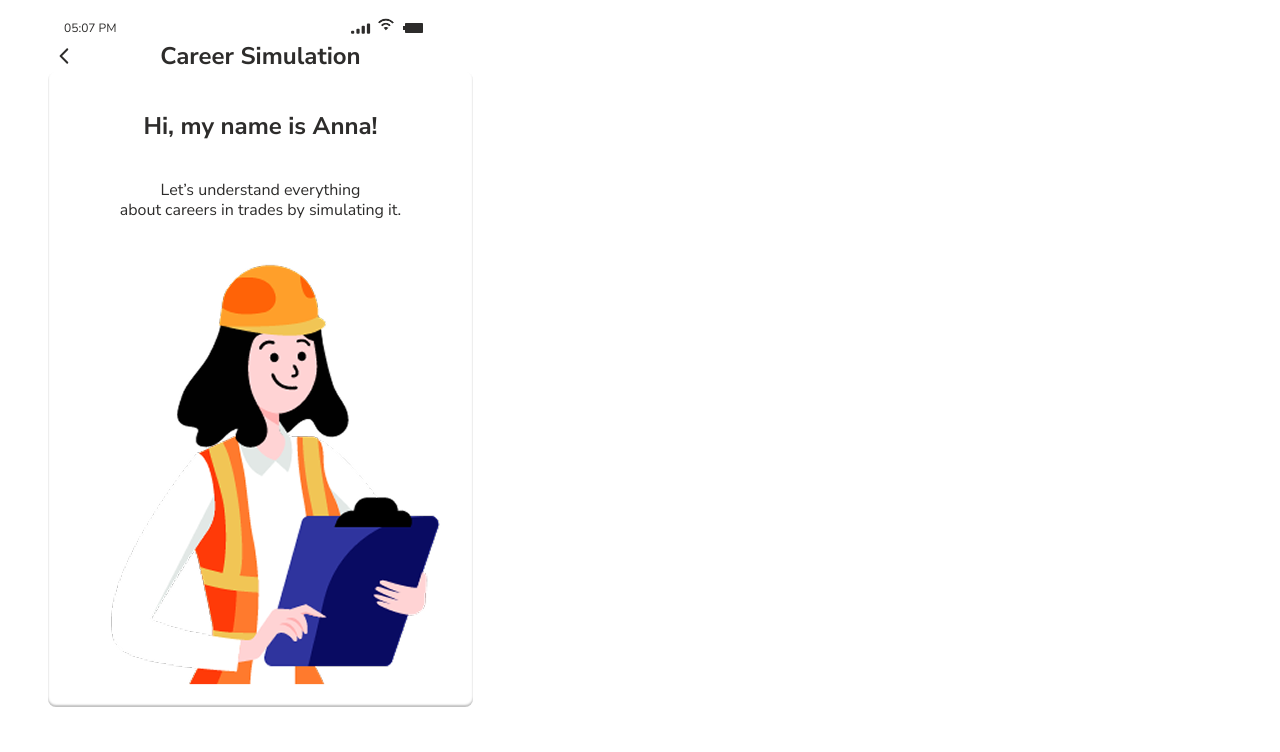
Repository: daniel-liu01/week10books
Page: /
The author's editor kept a copy of each file at every save. The page is drawn from the files as they stood at one save, then again after the next save.
The browser window is 1280 px wide. The pictures show the whole page.
The project was rebuilt for these pictures with package versions that can differ from the ones it lists, and the page was loaded fresh each time. Also part of the build but not shown: vite.config.js, vite.config.ts, src/App.css.

Above is the page before, as saved 2025-10-17 18:09:00.

### index.html
<!DOCTYPE html>
<html lang="en">
    <head>
        <meta charset="UTF-8" />
        <link
            rel="icon"
            type="image/svg+xml"
            href="/vite.svg" />
        <meta
            name="viewport"
            content="width=device-width, initial-scale=1.0" />
        <title>frontend</title>
        <link
            rel="preconnect"
            href="https://fonts.googleapis.com" />
        <link
            rel="preconnect"
            href="https://fonts.gstatic.com"
            crossorigin />
        <link
            href="https://fonts.googleapis.com/css2?family=Nunito+Sans:ital,opsz,wght@0,6..12,200..1000;1,6..12,200..1000&display=swap"
            rel="stylesheet" />
    </head>
    <body>
        <div id="root"></div>
        <script
            type="module"
            src="/src/main.jsx"></script>
    </body>
</html>

### src/index.css
/* ------------------------------------------------------ GENERAL STYLES ------------------------------------------------------ */
*,
*::before,
*::after {
    box-sizing: inherit;
}

html,
body {
    padding: 0;

    font-family: var(--font-family);
    box-sizing: border-box;
}

body {
    width: 393px;
    min-height: 100vh;
    margin: 16px;
    display: flex;
    padding: 0 var(--space-regular);
}

html {
    display: flex;
    align-items: flex-start;
    padding: 0 var(--space-regular);
}

/* ------------------------------------------------------ VARIABLES ------------------------------------------------------ */
:root {
    /* ----- COLORS ----- */
    --primary-50: #fff1e6;
    --primary-100: #ffd4b0;
    --primary-200: #ffbf8a;
    --primary-300: #ffa155;
    --primary-400: #ff8f34;
    --primary-500: #ff7301;
    --primary-600: #e86901;
    --primary-700: #b55201;
    --primary-800: #8c3f01;
    --primary-900: #6b3000;

    --secondary-50: #eefae6;
    --secondary-100: #cbefb1;
    --secondary-200: #b2e88b;
    --secondary-300: #8fdd55;
    --secondary-400: #79d635;
    --secondary-500: #58cc02;
    --secondary-600: #50ba02;
    --secondary-700: #3e9101;
    --secondary-800: #307001;
    --secondary-900: #255601;

    /* -- neutral colors -- */

    --offwhite-500: #f9f9f9;
    --white: #ffffff;
    --black-50: #eaeaea;
    --black-100: #bebebd;
    --black-200: #9e9e9d;
    --black-300: #727271;
    --black-400: #575655;
    --black-500: #2d2c2b;

    /* ----- TYPE ----- */
    --font-family: "Nunito Sans", sans-serif;

    --font-size-extra-large: 88px;
    --font-size-large: 30px;
    --font-size-extra-medium: 24px;
    --font-size-medium: 20px;
    --font-size-regular: 16px;
    --font-size-small: 12px;
    --font-size-extra-small: 10px;

    --font-style-normal: normal;
    --font-weight-bold: bold;

    --line-height-xxlarge: 100px;
    --line-height-large: 36px;
    --line-height-medium: 28px;
    --line-height-small: 20px;

    /* ----- SPACING ----- */
    --space-extra-small: 4px;
    --space-small: 8px;
    --space-regular: 16px;
    --space-medium: 32px;
    --space-large: 48px;
    --space-extra-large: 140px;

    /* ----- Inner shadow ----- */
    --inner-shadow: 0 -2px 2px 0 rgba(0, 0, 0, 0.25);
}

### src/App.jsx
import { useState } from "react";
import { BrowserRouter as Router, Routes, Route } from "react-router-dom";
import "./App.css";

import Simulation from "../app/Simulation/Simulation";

function App() {
    return (
        <div>
            <Simulation />
        </div>
    );
}

export default App;

### app/Simulation/Simulation.jsx
import styles from "./Simulation";
import StatusBar from "../../components/StatusBar/StatusBar";
import HeadingBar from "../../components/HeadingBar/HeadingBar";
import Card from "../../components/Card/Card";

function Simulation() {
    return (
        <div>
            <StatusBar />
            <HeadingBar />
            <Card
                image='Anna.png'
                title='Hi, my name is Anna!'
                description={
                    <>
                        Let’s understand everything <br />
                        about careers in trades by simulating it.
                    </>
                }
            />
        </div>
    );
}

export default Simulation;

### components/StatusBar/StatusBar.jsx
import styles from "./StatusBar.module.css";
import Hour from "../Hour/Hour";

const StatusBar = () => {
    return (
        <div className={styles.container}>
            <Hour />
            <div className={styles.right}>
                <svg
                    className={styles.icon}
                    width='20'
                    height='11'
                    viewBox='0 0 20 11'
                    fill='none'
                    xmlns='http://www.w3.org/2000/svg'>
                    <rect
                        x='15.8765'
                        y='0.600098'
                        width='3.23284'
                        height='10.2222'
                        rx='1.02778'
                    />
                    <rect
                        x='10.6338'
                        y='2.64453'
                        width='3.23284'
                        height='8.17778'
                        rx='1.02778'
                    />
                    <rect
                        x='5.3916'
                        y='5.71094'
                        width='3.23284'
                        height='5.11111'
                        rx='1.02778'
                    />
                    <rect
                        x='0.0327148'
                        y='7.75537'
                        width='3.23284'
                        height='3.06667'
                        rx='1.02778'
                    />
                </svg>

                <svg
                    className={styles.icon}
                    width='22'
                    height='20'
                    viewBox='0 0 22 20'
                    fill='none'
                    xmlns='http://www.w3.org/2000/svg'>
                    <mask
                        id='path-1-inside-1_2157_1042'
                        fill='white'>
                        <path d='M15.9006 7.3897C15.3805 6.57002 14.6486 5.88977 13.7741 5.41333C12.8995 4.93689 11.9113 4.68001 10.9029 4.66702C9.89445 4.65403 8.89922 4.88535 8.01135 5.33908C7.12349 5.79281 6.37237 6.45396 5.82907 7.25994L7.69376 8.391C8.03417 7.88601 8.50479 7.47176 9.06109 7.18747C9.6174 6.90317 10.241 6.75824 10.8728 6.76638C11.5046 6.77452 12.1238 6.93547 12.6718 7.23399C13.2197 7.53251 13.6783 7.95873 14.0042 8.47231L15.9006 7.3897Z' />
                    </mask>
                    <path
                        d='M15.9006 7.3897C15.3805 6.57002 14.6486 5.88977 13.7741 5.41333C12.8995 4.93689 11.9113 4.68001 10.9029 4.66702C9.89445 4.65403 8.89922 4.88535 8.01135 5.33908C7.12349 5.79281 6.37237 6.45396 5.82907 7.25994L7.69376 8.391C8.03417 7.88601 8.50479 7.47176 9.06109 7.18747C9.6174 6.90317 10.241 6.75824 10.8728 6.76638C11.5046 6.77452 12.1238 6.93547 12.6718 7.23399C13.2197 7.53251 13.6783 7.95873 14.0042 8.47231L15.9006 7.3897Z'
                        strokeWidth='4.11111'
                        mask='url(#path-1-inside-1_2157_1042)'
                    />
                    <mask
                        id='path-2-inside-2_2157_1042'
                        fill='white'>
                        <path d='M19.0832 4.55309C18.1524 3.34672 16.9405 2.3605 15.542 1.67127C14.1435 0.982029 12.5961 0.608389 11.0204 0.579456C9.4447 0.550522 7.88323 0.867077 6.45765 1.50446C5.03207 2.14184 3.78086 3.08283 2.80152 4.25413L4.5268 5.55219C5.29548 4.63284 6.27755 3.89425 7.39649 3.39397C8.51543 2.8937 9.74102 2.64523 10.9778 2.66794C12.2145 2.69065 13.4291 2.98392 14.5268 3.5249C15.6245 4.06588 16.5757 4.83997 17.3063 5.78684L19.0832 4.55309Z' />
                    </mask>
                    <path
                        d='M19.0832 4.55309C18.1524 3.34672 16.9405 2.3605 15.542 1.67127C14.1435 0.982029 12.5961 0.608389 11.0204 0.579456C9.4447 0.550522 7.88323 0.867077 6.45765 1.50446C5.03207 2.14184 3.78086 3.08283 2.80152 4.25413L4.5268 5.55219C5.29548 4.63284 6.27755 3.89425 7.39649 3.39397C8.51543 2.8937 9.74102 2.64523 10.9778 2.66794C12.2145 2.69065 13.4291 2.98392 14.5268 3.5249C15.6245 4.06588 16.5757 4.83997 17.3063 5.78684L19.0832 4.55309Z'
                        strokeWidth='4.11111'
                        mask='url(#path-2-inside-2_2157_1042)'
                    />
                    <path d='M13.5162 9.77759L10.8222 12.3331L8.66699 9.77759L9.23963 9.50599C10.2507 9.02643 11.4136 8.97977 12.4599 9.37676L13.5162 9.77759Z' />
                </svg>

                <svg
                    className={styles.icon}
                    width='24'
                    height='24'
                    viewBox='0 0 24 24'
                    fill='none'
                    xmlns='http://www.w3.org/2000/svg'>
                    <path d='M5 17C4.71667 17 4.47917 16.9042 4.2875 16.7125C4.09583 16.5208 4 16.2833 4 16V14H2V10H4V8C4 7.71667 4.09583 7.47917 4.2875 7.2875C4.47917 7.09583 4.71667 7 5 7H21C21.2833 7 21.5208 7.09583 21.7125 7.2875C21.9042 7.47917 22 7.71667 22 8V16C22 16.2833 21.9042 16.5208 21.7125 16.7125C21.5208 16.9042 21.2833 17 21 17H5Z' />
                </svg>
            </div>
        </div>
    );
};

export default StatusBar;

### components/HeadingBar/HeadingBar.jsx
import styles from "./HeadingBar.module.css";
import ArrowBack from "../ArrowBack/ArrowBack";

function HeadingBar() {
    return (
        <div className={styles.heading_container}>
            <ArrowBack />
            <h1 className={styles.heading_pageTitle}>Career Simulation</h1>
            <div className={styles.heading_placeholder}></div>
        </div>
    );
}

export default HeadingBar;

### components/Card/Card.jsx
import styles from "./Card.module.css";

function Card({ image, title, description }) {
    return (
        <div className={styles.container}>
            <div className={styles.content}>
                <h3 className={styles.title}>{title}</h3>
                <p className={styles.description}>{description}</p>
            </div>
            {image && (
                <div className={styles.image_wrapper}>
                    <img
                        src={image}
                        alt={title}
                        className={styles.image}
                    />
                </div>
            )}
        </div>
    );
}

export default Card;

### components/StatusBar/StatusBar.module.css
.container {
    display: flex;
    flex-direction: row;
    align-items: center;
    justify-content: space-between;
    width: 393px;
    padding: 0 var(--space-regular);
    margin: 0;
}

.right {
    display: flex;
    align-items: center;
    gap: var(--space-extra-small);
}

.icon {
    fill: var(--black-500);
}

### components/Hour/Hour.jsx
"use client";
import { useEffect, useState } from "react";
import styles from "./Hour.module.css";

const Hour = () => {
    const [currentTime, setCurrentTime] = useState(new Date());

    useEffect(() => {
        const timer = setInterval(() => {
            setCurrentTime(new Date());
        }, 1000);

        return () => clearInterval(timer);
    }, []);

    const formattedTime = currentTime.toLocaleTimeString("en-US", {
        hour: "2-digit",
        minute: "2-digit",
        hour12: true,
    });

    return <div className={styles.hour}>{formattedTime}</div>;
};

export default Hour;

### components/HeadingBar/HeadingBar.module.css
.heading_container {
    width: 100%;
    display: flex;
    align-items: center;
    justify-content: space-between;
    gap: var(--space-small);
    margin: 0;
    padding: 0;
}

.heading_pageTitle {
    font-weight: var(--font-weight-bold);
    font-size: var(--font-size-extra-medium);
    margin: 0;
    line-height: 1;
    color: var(--black-500);
}

.heading_placeholder {
    width: var(--space-medium);
    height: var(--space-medium);
    visibility: hidden;
}

### components/ArrowBack/ArrowBack.jsx
import styles from "./ArrowBack.module.css";

function ArrowBack() {
    return (
        <div className={styles.arrow_container}>
            <svg
                className={styles.arrow_icon}
                xmlns='http://www.w3.org/2000/svg'
                width='16'
                height='16'
                viewBox='0 0 12 20'
                fill='none'>
                <path
                    d='M10.7071 19.2929C10.3166 19.6834 9.68342 19.6834 9.29289 19.2929L0.707106 10.7071C0.316582 10.3166 0.316583 9.68342 0.707107 9.29289L9.29289 0.707106C9.68342 0.316582 10.3166 0.316582 10.7071 0.707107L11.0679 1.06789C11.4584 1.45842 11.4584 2.09158 11.0679 2.48211L3.55 10L11.0679 17.5179C11.4584 17.9084 11.4584 18.5416 11.0679 18.9321L10.7071 19.2929Z'
                    fill='currentColor'
                />
            </svg>
        </div>
    );
}

export default ArrowBack;

### components/Card/Card.module.css
.container {
    display: flex;
    padding: var(--space-regular);
    flex-direction: column;
    justify-content: space-between;
    align-items: center;
    flex: 1 0 0;
    align-self: stretch;
    border-radius: var(--space-small);
    background: var(--white);
    box-shadow: var(--inner-shadow) inset;
}

.content {
    display: flex;
    flex-direction: column;
    justify-content: space-between;
    align-items: center;
    flex: 1 0 0;
    align-self: stretch;
    font-family: var(--font-family);
    color: var(--black-500);
    text-align: center;
}

.title {
    font-size: var(--font-size-extra-medium);
    font-weight: var(--font-weight-bold);
    line-height: var(--line-height-medium);
}

.description {
    font-size: var(--font-size-regular);
    line-height: var(--line-height-small);
}

.image_wrapper {
}

.image {
}

### components/Hour/Hour.module.css
.hour {
    color: var(--black-500);
    font-family: var(--font-family);
    font-size: var(--font-size-small);
}

### components/ArrowBack/ArrowBack.module.css
.arrow_container {
    display: inline-flex;
    align-items: center;
    justify-content: center;
    background: none;
    border: none;
    cursor: pointer;
    padding: 0;
    width: var(--space-medium);
    height: var(--space-medium);
}

.arrow_icon {
    color: var(--black-500);
    width: var(--space-regular);
    height: var(--space-regular);
}

.arrow_container:hover .arrow_icon {
    color: var(--primary-500);
}

Loaded but not shown: src/main.jsx (common file)

After the next save:
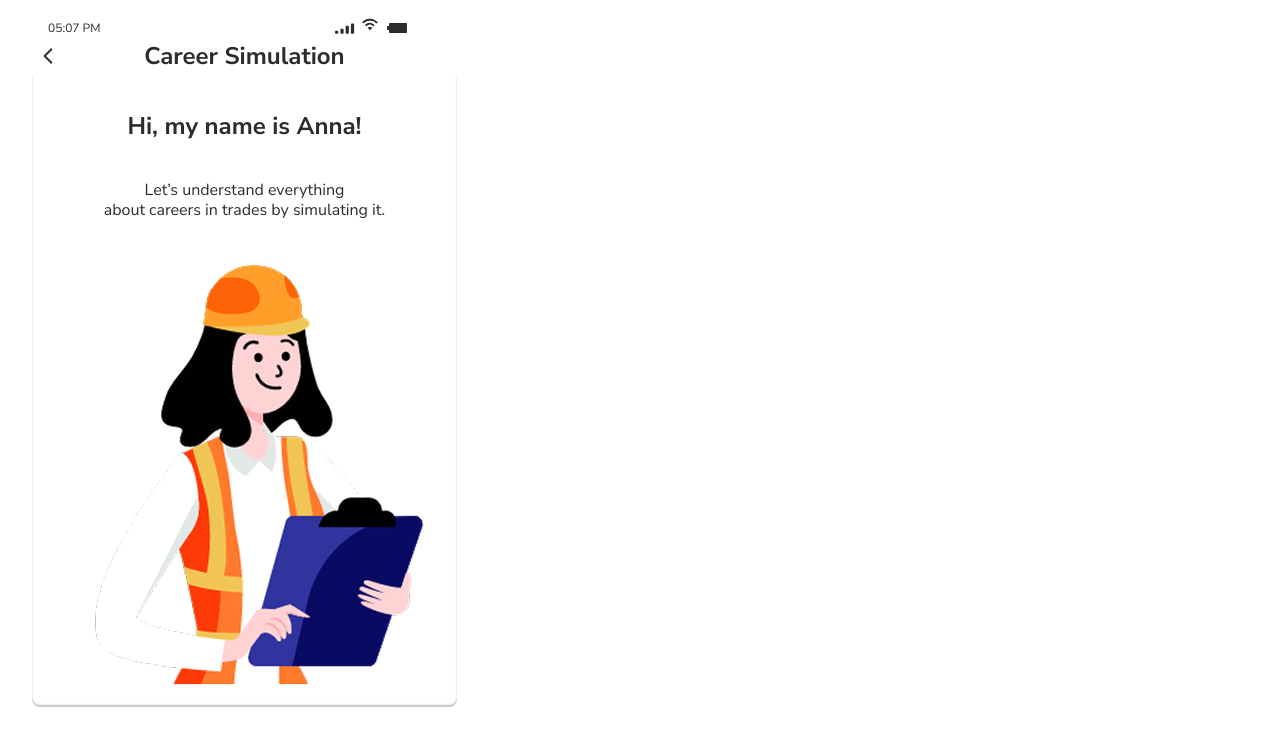
Saved 5 s later.
--- a/src/index.css
+++ b/src/index.css
@@ -24,7 +24,6 @@ body {
 html {
     display: flex;
     align-items: flex-start;
-    padding: 0 var(--space-regular);
 }
 
 /* ------------------------------------------------------ VARIABLES ------------------------------------------------------ */
